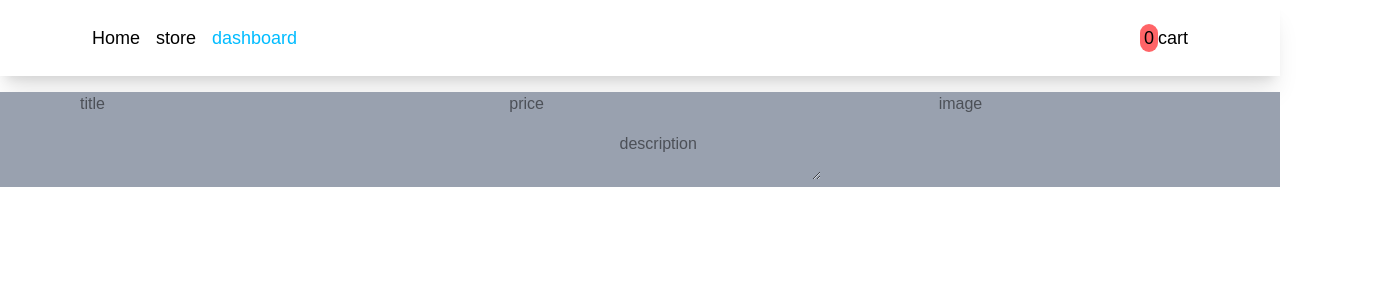
Repository: Rohullah-Noori/Nextjs-online-shop
Page: /dashboard
The author's editor kept a copy of each file at every save. The page is drawn from the files as they stood at one save, then again after the next save.
The browser window is 1280 px wide. The page is 1360 px wide, then 1380 px, so the pictures cover 1380 px, including what lies to the right of the window. The pictures show the whole page.
The project was rebuilt for these pictures with package versions that can differ from the ones it lists, and the page was loaded fresh each time. The framework's server and built-in components were replaced by stand-ins that run in the browser. Also part of the build but not shown: next.config.ts.

Above is the page before, as saved 2025-05-28 10:38:52.

### src/app/dashboard/page.tsx
import React from "react";
import Container from "../components/Container";

export default function Dashboard() {
  return (
    <div className="bg-gray-400 text-center">
      <Container>
        <div className="grid grid-cols-3 gap-2 mt-2 mb-4 ">
          <input type="text" placeholder="title" />
          <input type="text" placeholder="price" />
          <input type="text" placeholder="image" />
        </div>
        <textarea placeholder="description"></textarea>
      </Container>
    </div>
  );
}

### src/app/components/Layout.tsx
import React from "react";
import Navbar from "./Navbar";

interface IlayoutProps {
  children: React.ReactNode;
}

export default function Layout({ children }: IlayoutProps) {
  return (
    <div>
      <Navbar />
      {children}
    </div>
  );
}

### src/app/context/page.tsx
"use client";
import React, { createContext, useContext, useEffect, useState } from "react";
import { json } from "stream/consumers";

type IshopContextProps = {
  children: React.ReactNode;
};

type cartItems = {
  id: number;
  qty: number;
};

type TshopingContext = {
  cart: cartItems[];
  HandleincreasetoCard: (id: number) => void;
  getProductqty: (id: number) => number;
  totalitemsqty: number;
  handledecreasetoCard: (id: number) => void;
  RemovehandleSubmit: (id: number) => void;
};

const shopingContext = createContext({} as TshopingContext);

export const useShopingContextCustim = () => {
  return useContext(shopingContext);
};

export default function ConextShop({ children }: IshopContextProps) {
  const [cart, setCart] = useState<cartItems[]>([]);

  const getProductqty = (id: number) => {
    return cart.find((item) => item.id == id)?.qty ?? 0;
  };

  const totalitemsqty = cart.reduce((totalgqty, item) => {
    return totalgqty + item.qty;
  }, 0);

  const HandleincreasetoCard = (id: number) => {
    setCart((prev) => {
      const isnotExist = prev.find((item) => item.id === id) == null;
      if (isnotExist) {
        return [...prev, { id: id, qty: 1 }];
      } else {
        return prev.map((item) => {
          if (item.id == id) {
            return { ...item, qty: item.qty + 1 };
          } else {
            return item;
          }
        });
      }
    });
  };

  const handledecreasetoCard = (id: number) => {
    setCart((prev) => {
      const islastOne = prev.find((item) => item.id == id)?.qty == 1;
      if (islastOne) {
        return prev.filter((item) => item.id != id);
      } else {
        return prev.map((item) => {
          if (item.id == id) {
            return {
              ...item,
              qty: item.qty - 1,
            };
          } else {
            return item;
          }
        });
      }
    });
  };

  const RemovehandleSubmit = (id: number) => {
    setCart((prev) => {
      return prev.filter((item) => item.id != id);
    });
  };

  useEffect(() => {
    const StoredCards = localStorage.getItem("cart");
    if (StoredCards) {
      try {
        setCart(JSON.parse(StoredCards));
      } catch (error) {
        console.error("Failed to parse stored cart data:", error);
        setCart([]);
      }
    }
  }, []);

  useEffect(() => {
    localStorage.setItem("cart", JSON.stringify(cart));
  }, [cart]);

  return (
    <shopingContext.Provider
      value={{
        cart,
        HandleincreasetoCard,
        getProductqty,
        totalitemsqty,
        handledecreasetoCard,
        RemovehandleSubmit,
      }}
    >
      {children}
    </shopingContext.Provider>
  );
}

### src/app/components/Container.tsx
import React from "react";
interface IContainerProps {
  children: React.ReactNode;
}

export default function Container({ children }: IContainerProps) {
  return <div className="container mx-20">{children}</div>;
}

### src/app/components/Navbar.tsx
"use client";
import Link from "next/link";
import { usePathname } from "next/navigation";

import React from "react";
import Container from "./Container";
import { useShopingContextCustim } from "../context/page";

export default function Navbar() {
  const { totalitemsqty } = useShopingContextCustim();
  const pathname = usePathname();
  const navlinks = [
    {
      title: "Home",
      href: "/",
    },
    {
      title: "store",
      href: "/store",
    },
    {
      title: "dashboard",
      href: "/dashboard",
    },
  ];

  return (
    <nav className="  flex p-3 mb-4 text-lg  shadow-xl  ">
      <Container>
        <div className="flex justify-between my-3 ">
          <div>
            {navlinks.map((item) => (
              <Link
                key={item.href}
                className={`mr-4 ${
                  pathname === item.href ? "text-sky-400" : ""
                }`}
                href={item.href}
              >
                {item.title}
              </Link>
            ))}
          </div>
          <div>
            <span className="bg-red-400 rounded-4xl p-1">{totalitemsqty}</span>
            <Link href="/cart">cart</Link>
          </div>
        </div>
      </Container>
    </nav>
  );
}

Loaded but not shown: src/app/layout.tsx (common file); src/app/globals.css (common file)

After the next save:
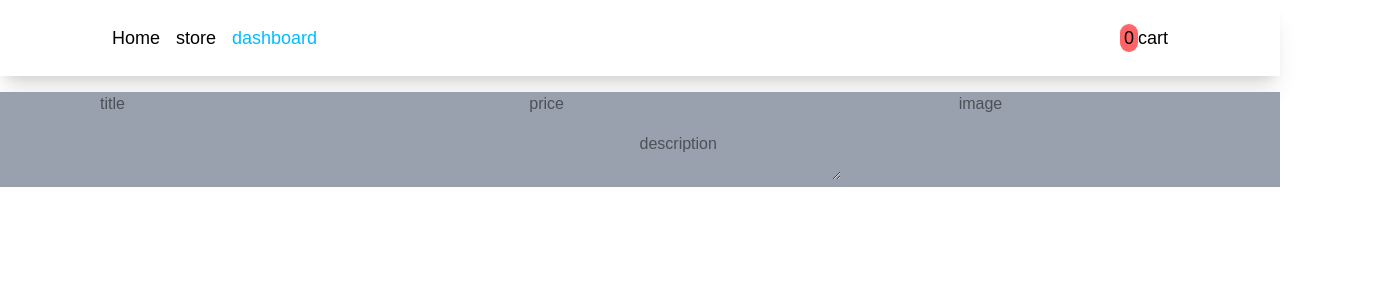
Saved 66 s later.
--- a/src/app/components/Container.tsx
+++ b/src/app/components/Container.tsx
@@ -4,5 +4,5 @@ interface IContainerProps {
 }
 
 export default function Container({ children }: IContainerProps) {
-  return <div className="container mx-20">{children}</div>;
+  return <div className="container mx-25">{children}</div>;
 }
